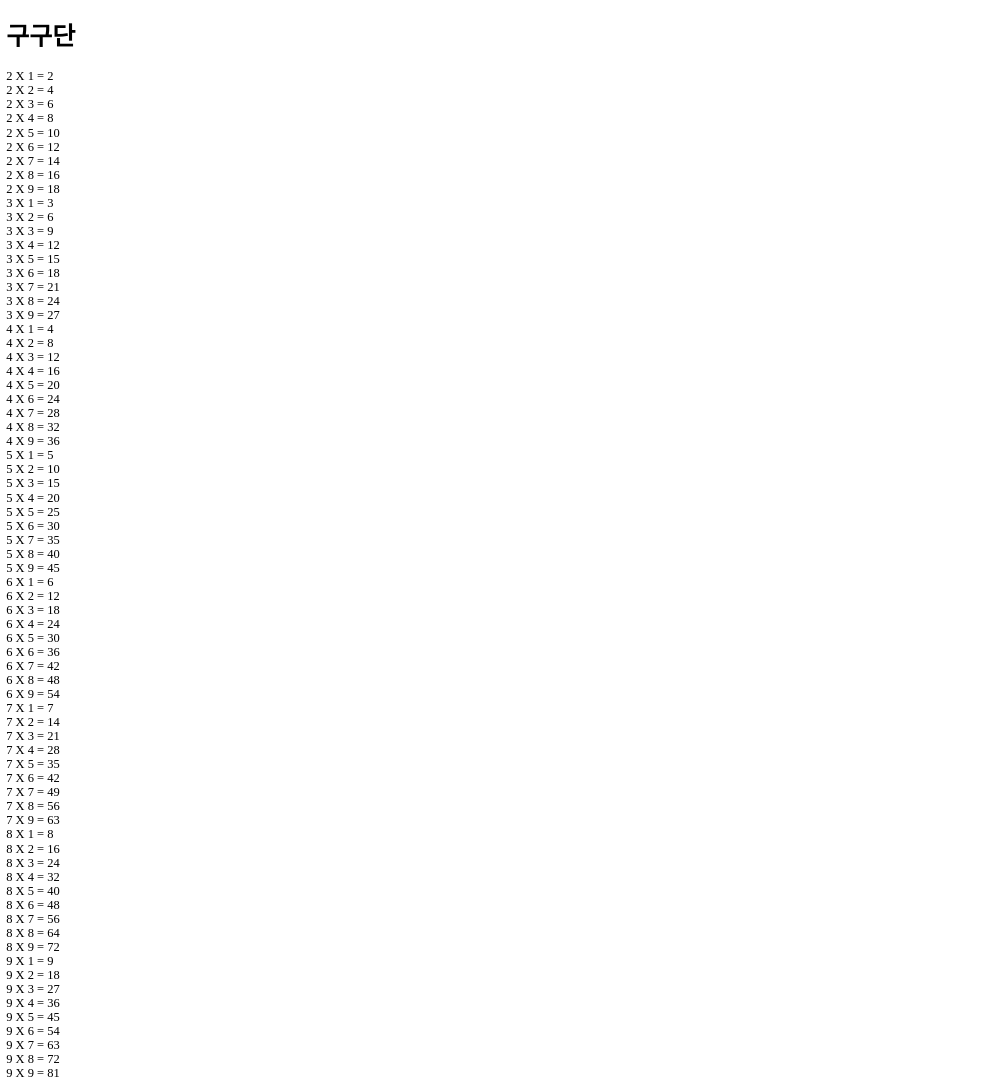
Repository: lhk21go-commits/Jsp2026
Page: http://localhost/chapter01/test02.jsp
These files come from the project's save history. The page is drawn as it stood at one moment and after the next save; the edit follows.
The browser window is 1280 px wide. The pictures show the whole page, at 78% of full size.
The page is served by Tomcat 9.

Above is the page before, as saved 2026-10-16 02:36:37.

### chapter01/src/main/webapp/test02.jsp
<%@ page language="java" contentType="text/html; charset=UTF-8"
    pageEncoding="UTF-8" import="java.util.*"%>
<!DOCTYPE html>
<html>
<head>
<meta charset="UTF-8">
<title>Insert title here</title>
</head>
<body>
<!-- 구구단 2단 ~ 9단까지 모두 출력할 것 -->
	<h1>구구단</h1>

<%	for(int i=2; i<=9; i++){
		for(int j=1; j<=9; j++){	%>
			<%= i + " X " + j + " = "+ i*j %><br/>
		<% }
	}
%>

</body>
</html>

After the next save:
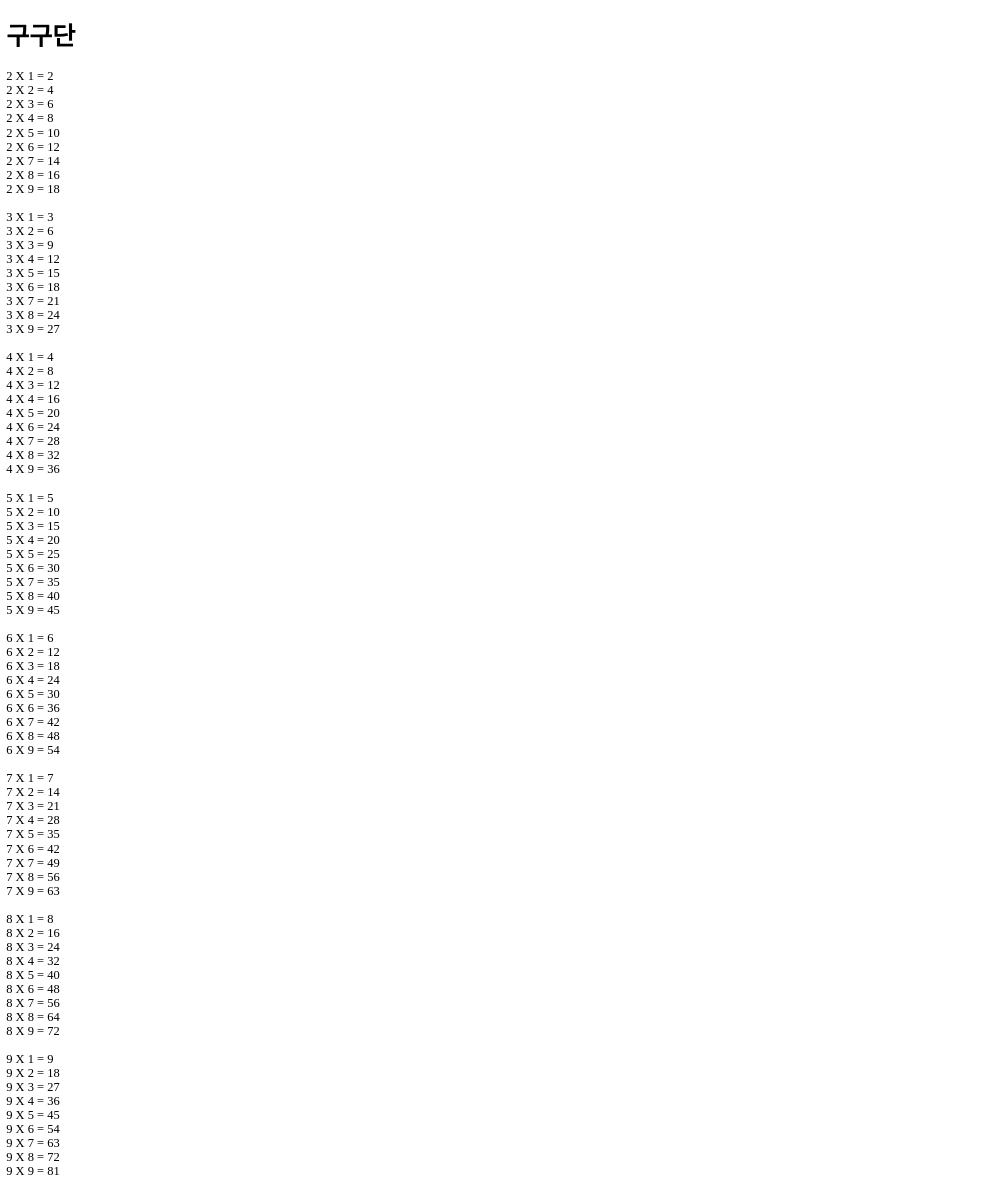
Saved 55 s later.
--- a/chapter01/src/main/webapp/test02.jsp
+++ b/chapter01/src/main/webapp/test02.jsp
@@ -13,9 +13,9 @@
 <%	for(int i=2; i<=9; i++){
 		for(int j=1; j<=9; j++){	%>
 			<%= i + " X " + j + " = "+ i*j %><br/>
-		<% }
-	}
-%>
+		<% }%><br>
+		<%} %>
+
 
 </body>
 </html>
